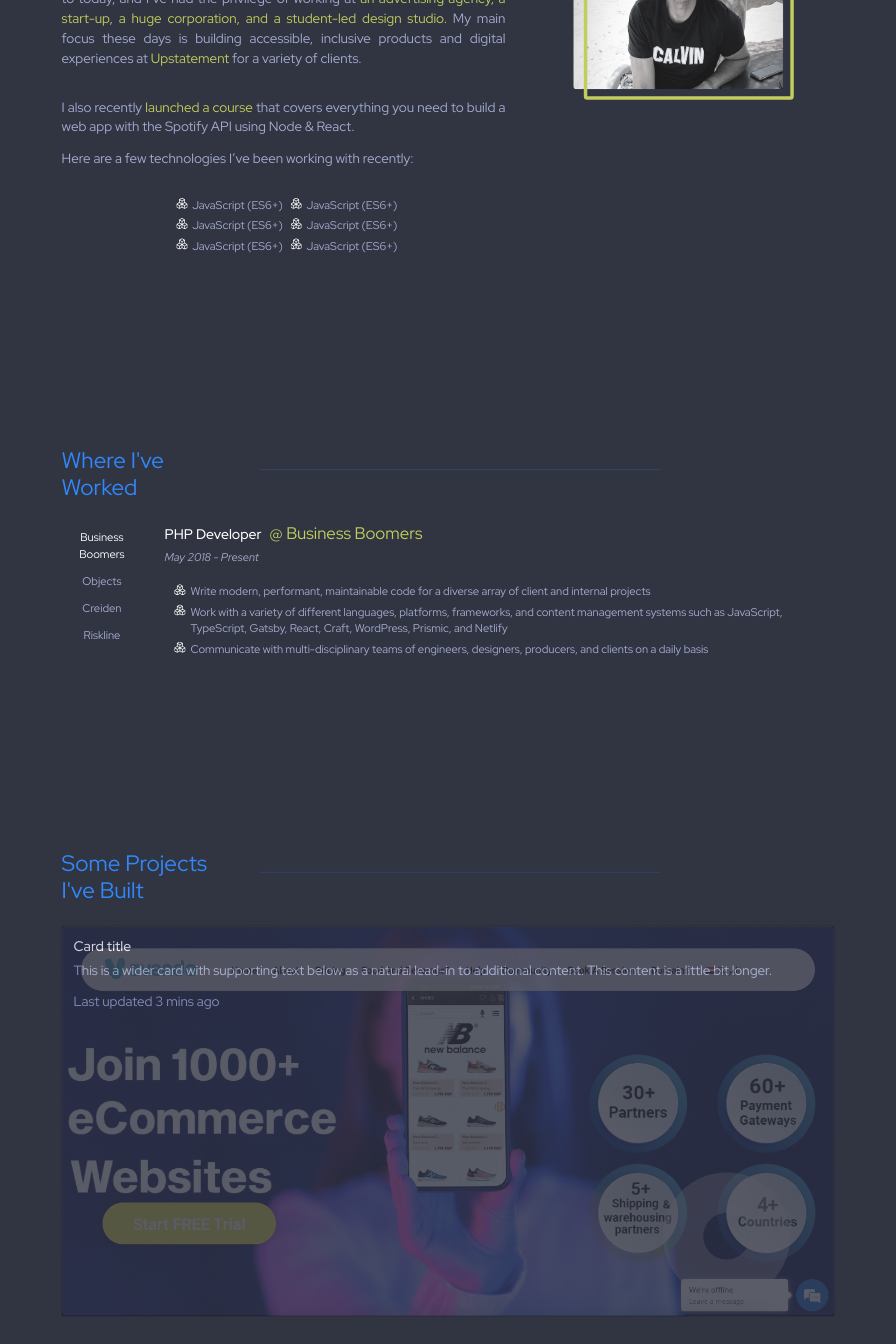
Repository: aya7abbal/Talaat-s-Portfolio
Page: index.html
An editor plug-in stored every save of this project. The page is shown before and after the next save, followed by the edit.
The browser window is 1280 px wide. The pictures show the part of the page from y = 1129 to 3049 px (the page is 3049 px tall), at 70% of full size.
Some web libraries are served in a nearby version. The style sheet was rebuilt from its Sass, Less or Tailwind sources for each picture, by a compiler version that may differ from the author's.

Above is the page before, as saved 2022-02-07 18:49:57.

### index.html
<!DOCTYPE html>
<html lang="en">
  <head>
    <!-- Required meta tags -->
    <meta charset="utf-8" />
    <meta name="viewport" content="width=device-width, initial-scale=1" />

    <!-- Bootstrap CSS -->
    <link
      href="https://cdn.jsdelivr.net/npm/bootstrap@5.0.2/dist/css/bootstrap.min.css"
      rel="stylesheet"
      integrity="sha384-EVSTQN3/azprG1Anm3QDgpJLIm9Nao0Yz1ztcQTwFspd3yD65VohhpuuCOmLASjC"
      crossorigin="anonymous"
    />

    <!-- Favicon -->
    <link
      rel="shortcut icon"
      type="image/x-icon"
      href="./images/favicon/favicon.ico"
    />

    <!-- Font Awesome -->
    <script
      src="https://kit.fontawesome.com/fd7fa2f891.js"
      crossorigin="anonymous"
    ></script>

    <!-- Bootstrap Icons -->
    <link
      rel="stylesheet"
      href="https://cdn.jsdelivr.net/npm/bootstrap-icons@1.8.0/font/bootstrap-icons.css"
    />

    <!-- Main Stylesheet -->
    <link rel="stylesheet" href="./styles/styles.css" />

    <title>Ahmed's Portfolio</title>
  </head>
  <body>
    <!-- Navbar -->
    <nav class="navbar navbar-expand-md navbar-dark py-3">
      <div class="container-fluid d-flex justify-content-between">
        <div class="navbar-logo">
          <a class="navbar-brand navbar-border navbar-content__hidden" href="#"
            >AT</a
          >
        </div>

        <!-- Offcanvas  Hidden MENU -->
        <div class="offcanvas-menu">
          <button
            class="btn navbar-content__hidden rotating-icon"
            type="button"
            data-bs-toggle="offcanvas"
            data-bs-target="#offcanvasRight"
            aria-controls="offcanvasRight"
          >
            <i class="bi bi-x-diamond fs-2 text-white"></i>
          </button>
          <div
            class="offcanvas offcanvas-end"
            tabindex="-1"
            id="offcanvasRight"
            aria-labelledby="offcanvasRightLabel"
          >
            <div class="offcanvas-header">
              <h5 id="offcanvasRightLabel"></h5>
              <button
                type="button"
                class="btn text-reset"
                data-bs-dismiss="offcanvas"
                aria-label="Close"
              >
                <i class="bi bi-x-diamond fs-2 text-white rotated-icon"></i>
              </button>
            </div>
            <div class="offcanvas-body">
              <ul class="navbar-nav text-center">
                <li class="nav-item">
                  <a class="nav-link active" aria-current="page" href="#"
                    >About</a
                  >
                </li>
                <li class="nav-item">
                  <a class="nav-link" href="#">Experience</a>
                </li>
                <li class="nav-item">
                  <a class="nav-link" href="#">Work</a>
                </li>
                <li class="nav-item">
                  <a class="nav-link" href="#">Contact</a>
                </li>
                <li>
                  <a
                    class="btn btn-green my-4"
                    href="./Ahmed Talaat.pdf"
                    download
                  >
                    Resume</a
                  >
                </li>
              </ul>
            </div>
          </div>
        </div>

        <!-- NAVBAR Collapsable -->
        <div
          class="collapse navbar-collapse justify-content-between align-items-baseline"
          id="navbarNav"
        >
          <a class="navbar-brand navbar-border" href="#">AT</a>

          <ul class="navbar-nav">
            <li class="nav-item">
              <a class="nav-link active" aria-current="page" href="#">About</a>
            </li>
            <li class="nav-item">
              <a class="nav-link" href="#">Experience</a>
            </li>
            <li class="nav-item">
              <a class="nav-link" href="#">Work</a>
            </li>
            <li class="nav-item">
              <a class="nav-link" href="#">Contact</a>
            </li>
          </ul>

          <a
            class="btn btn-green"
            href="./Ahmed Talaat.pdf"
            download
          >Resume</a >
        </div>
      </div>
    </nav>
    <div class="body-wrapper">
      <!-- Introduction -->
      <div class="intro px-5">
        <h6>Hi, my name is</h6>

        <br />

        <h2>Ahmed Talaat.</h2>
        <h3 class="pb-2">I'm a Back-end Developer.</h3>

        <br />

        <p>
          I’m a software engineer specializing in building (and occasionally
          designing) exceptional digital experiences. Currently, I’m focused on
          building accessible, human-centered products at
          <a href="#">Riskline.</a>
        </p>

        <br />

        <a class=" btn btn-green btn-lg" href="https://calendly.com/atalaat-92/short-discussion?month=2022-02" target="_blank"> Book a Meeting</a>
      </div>

      <!-- About -->

      <div class="about px-5 row">
        <div class="section-header row">
          <div class="col-md-4 col-lg-3 col-5">
            <h4 class="py-4">About Me</h4>
          </div>
          <div class="col-md-8 col-lg-9 col-7">
            <hr />
          </div>
        </div>

        <!-- About Paragraph -->
        <div class="col-12 col-lg-7">
          <p>
            Hello, Brittany and I enjoy creating things that live on the
            internet. My interest in web development started back in 2012 when I
            decided to try editing custom Tumblr themes — turns out hacking
            together a custom reblog button taught me a lot about HTML & CSS!
          </p>
          <br />

          <p>
            to today, and I’ve had the privilege of working at
            <a href=""
              >an advertising agency, a start-up, a huge corporation, and a
              student-led design studio.</a
            >
            My main focus these days is building accessible, inclusive products
            and digital experiences at <a href="">Upstatement</a> for a variety
            of clients.
          </p>

          <br />
          <p>
            I also recently <a href="">launched a course</a> that covers
            everything you need to build a web app with the Spotify API using
            Node & React.
          </p>

          <p>Here are a few technologies I’ve been working with recently:</p>

          <div class="iconed-list d-flex justify-content-center">
            <ul class="row">
              <div class="col-6">
                <li>JavaScript (ES6+)</li>
                <li>JavaScript (ES6+)</li>
                <li>JavaScript (ES6+)</li>
              </div>

              <div class="col-6">
                <li>JavaScript (ES6+)</li>
                <li>JavaScript (ES6+)</li>
                <li>JavaScript (ES6+)</li>
              </div>
            </ul>
          </div>
        </div>

        <div class="col-12 col-lg-5 d-flex justify-content-center pb-5">
          <!-- About Image -->
          <div class="about-img">
           <div> <img
            src="./images/B903239F-D317-4387-9DFC-7195C9C90247_1_105_c.jpeg"
            alt=""
            width="300px"
            height="300px"
          /></div>
            <div class="about-img__border"></div>
          </div>
        </div>
      </div>

      <!-- Work -->

      <div class="work px-5">
        <div class="section-header row">
          <div class="col-md-4 col-lg-3 col-7">
            <h4 class="py-4">Where I've Worked</h4>
          </div>
          <div class="col-md-8 col-lg-9 col-5">
            <hr />
          </div>
        </div>
        <div>
          <!-- Nav tabs -->
          <div class="d-flex flex-md-row flex-column align-items-start">
            <div
              class="nav flex-md-column nav-pills me-3 mb-4 pe-md-3 nav-tabs"
              id="v-pills-tab"
              role="tablist"
              aria-orientation="vertical"
            >
              <button
                class="nav-link active"
                id="v-pills-home-tab"
                data-bs-toggle="pill"
                data-bs-target="#v-pills-home"
                type="button"
                role="tab"
                aria-controls="v-pills-home"
                aria-selected="true"
              >
                Business Boomers
              </button>
              <button
                class="nav-link"
                id="v-pills-profile-tab"
                data-bs-toggle="pill"
                data-bs-target="#v-pills-profile"
                type="button"
                role="tab"
                aria-controls="v-pills-profile"
                aria-selected="false"
              >
                Objects
              </button>
              <button
                class="nav-link"
                id="v-pills-messages-tab"
                data-bs-toggle="pill"
                data-bs-target="#v-pills-messages"
                type="button"
                role="tab"
                aria-controls="v-pills-messages"
                aria-selected="false"
              >
                Creiden
              </button>
              <button
                class="nav-link"
                id="v-pills-settings-tab"
                data-bs-toggle="pill"
                data-bs-target="#v-pills-settings"
                type="button"
                role="tab"
                aria-controls="v-pills-settings"
                aria-selected="false"
              >
                Riskline
              </button>
            </div>
            <div class="tab-content" id="v-pills-tabContent">
              <div
                class="tab-pane fade show active"
                id="v-pills-home"
                role="tabpanel"
                aria-labelledby="v-pills-home-tab"
              >
                <div class="work-title">
                  <h5 class="pe-2">PHP Developer</h5>
                  <h6>@ Business Boomers</h6>
                </div>
                <div class="work-date">
                  <i>May 2018 - Present </i>

                  <ul class="iconed-list">
                    <li>
                      Write modern, performant, maintainable code for a diverse
                      array of client and internal projects
                    </li>
                    <li>
                      Work with a variety of different languages, platforms,
                      frameworks, and content management systems such as
                      JavaScript, TypeScript, Gatsby, React, Craft, WordPress,
                      Prismic, and Netlify
                    </li>
                    <li>
                      Communicate with multi-disciplinary teams of engineers,
                      designers, producers, and clients on a daily basis
                    </li>
                  </ul>
                </div>
              </div>

              <div
                class="tab-pane fade"
                id="v-pills-profile"
                role="tabpanel"
                aria-labelledby="v-pills-profile-tab"
              >
                <div class="work-title">
                  <h5 class="pe-2">Back-end Developer</h5>
                  <h6>@ Objects</h6>
                </div>
                <div class="work-date">
                  <i>May 2018 - Present </i>

                  <ul class="iconed-list">
                    <li>
                      Write modern, performant, maintainable code for a diverse
                      array of client and internal projects
                    </li>
                    <li>
                      Work with a variety of different languages, platforms,
                      frameworks, and content management systems such as
                      JavaScript, TypeScript, Gatsby, React, Craft, WordPress,
                      Prismic, and Netlify
                    </li>
                    <li>
                      Communicate with multi-disciplinary teams of engineers,
                      designers, producers, and clients on a daily basis
                    </li>
                  </ul>
                </div>
              </div>

              <div
                class="tab-pane fade"
                id="v-pills-messages"
                role="tabpanel"
                aria-labelledby="v-pills-messages-tab"
              >
                <div class="work-title">
                  <h5 class="pe-2">Back-end Developer</h5>
                  <h6>@ Creiden</h6>
                </div>
                <div class="work-date">
                  <i>May 2018 - Present </i>

                  <ul class="iconed-list">
                    <li>
                      Write modern, performant, maintainable code for a diverse
                      array of client and internal projects
                    </li>
                    <li>
                      Work with a variety of different languages, platforms,
                      frameworks, and content management systems such as
                      JavaScript, TypeScript, Gatsby, React, Craft, WordPress,
                      Prismic, and Netlify
                    </li>
                    <li>
                      Communicate with multi-disciplinary teams of engineers,
                      designers, producers, and clients on a daily basis
                    </li>
                  </ul>
                </div>
              </div>

              <div
                class="tab-pane fade"
                id="v-pills-settings"
                role="tabpanel"
                aria-labelledby="v-pills-settings-tab"
              >
                <div class="work-title">
                  <h5 class="pe-2">Project Manager</h5>
                  <h6>@ Riskline</h6>
                </div>
                <div class="work-date">
                  <i>May 2018 - Present </i>

                  <ul class="iconed-list">
                    <li>
                      Write modern, performant, maintainable code for a diverse
                      array of client and internal projects
                    </li>
                    <li>
                      Work with a variety of different languages, platforms,
                      frameworks, and content management systems such as
                      JavaScript, TypeScript, Gatsby, React, Craft, WordPress,
                      Prismic, and Netlify
                    </li>
                    <li>
                      Communicate with multi-disciplinary teams of engineers,
                      designers, producers, and clients on a daily basis
                    </li>
                  </ul>
                </div>
              </div>
            </div>
          </div>
        </div>
      </div>

      <!-- Projects -->

      <div class="projects px-5">
        <div class="section-header row">
          <div class="col-md-4 col-lg-3 col-7">
            <h4 class="py-4">Some Projects I've Built</h4>
          </div>
          <div class="col-md-8 col-lg-9 col-5">
            <hr />
          </div>
        </div>

        <div class="project-card">
          <div class="card bg-dark text-white">
            <img src="./images/project-1.jpeg" class="card-img" alt="...">
            <div class="card-img-overlay">
              <h5 class="card-title">Card title</h5>
              <p class="card-text">This is a wider card with supporting text below as a natural lead-in to additional content. This content is a little bit longer.</p>
              <p class="card-text">Last updated 3 mins ago</p>
            </div>
          </div>
        </div>
      </div>



    </div>


    <!-- Footer -->
    <footer>
      <div class="footer-left">
        <div class="footer-left__link">
          <i class="fab fa-github"><a href="#"></a></i>
        </div>
        <div class="footer-left__link">
          <i class="fab fa-twitter"><a href=""></a></i>
        </div>
        <div class="footer-left__link">
          <i class="fab fa-linkedin-in"><a href=""></a></i>
        </div>
        <div class="footer-left__link">
          <i class="fas fa-phone"><a href=""></a></i>
        </div>
        <div class="footer-left__link line"></div>
      </div>



      <div class="footer-right">
        <div class="footer-right__link">
          <a href="">@ahmed.talaat.92@hotmail.com</a>

        <div class="footer-right__link line"></div>
      </div>
    </footer>

    <!-- Bootstrap Bundle with Popper -->
    <script
      src="https://cdn.jsdelivr.net/npm/bootstrap@5.0.2/dist/js/bootstrap.bundle.min.js"
      integrity="sha384-MrcW6ZMFYlzcLA8Nl+NtUVF0sA7MsXsP1UyJoMp4YLEuNSfAP+JcXn/tWtIaxVXM"
      crossorigin="anonymous"
    ></script>
    <script type="module" src="./scripts/script.js"></script>
  </body>
</html>

### scripts/script.js
// const rotatingIcon = document.querySelector(".rotating-icon")
// const rotatedIcon = document.querySelector(".rotated-icon")


// rotatingIcon.addEventListener('click',function(event) {
// console.log(event)
//     rotatingIcon.style.display="hidden"
// })

### styles/styles.scss

// Fonts
@import url('https://fonts.googleapis.com/css2?family=Dosis:wght@200;300;400;500;600&family=Red+Hat+Display:ital,wght@0,300;0,400;0,500;0,600;0,700;0,900;1,300;1,400;1,500;1,600&family=Satisfy&display=swap');
// Partials
@import "./components/navbar";
@import"./components/footer";
@import "./variables/colors";
@import "./components/buttons";
@import "./variables/fonts";
@import "./components/pages";
@import "./variables/images";
@import "./components/projects";




// font-family: 'Dosis', sans-serif;
// font-family: 'Red Hat Display', sans-serif;
// font-family: 'Satisfy', cursive;

*{
font-family: 'Red Hat Display', sans-serif;
background-color: var(--navy);

}

body{
    margin: 0%;
    max-width: 100%;
    overflow-x: hidden;
    background-color: var(--navy);

    @media (min-width:768px) {
        padding: 40px;
    }
}

### styles/components/_navbar.scss
.navbar-content__hidden{
    display: none;
    @media (max-width:768px) {
        display: inline-block;
    }
}

.navbar-brand{
    border: solid 2px var(--green);
    border-radius: 5px 20px;
    padding: 8px;

    &:hover{
        background-color: var(--green);
    }
}

### styles/components/_footer.scss
footer {

    @media (max-width:768px) {
display: none;
    }

  .footer-left {
    position: fixed;
    bottom: 10px;
    left: 20px;
    i {
      font-size: 1.2em;
      color: white;
      margin: 20px 10px;
      &:hover{
          color: greenyellow;
          transform: translateY(-3px);
      }
    }

    .line {
      border-right: 1px solid white;
      padding: 20px;
      height: 100px;
      background-color: transparent;
      transform: translatex(-19px);
      margin-top: 15px;
    }
  }


  .footer-right {
    position: fixed;
    bottom: 10px;
    right: 20px;
    i{
      font-size: 1.2em;
      color: white;
      margin: 15px 10px;
      &:hover{
          color: greenyellow;
          transform: translateY(-3px);
      }


    }

    a{
        writing-mode: vertical-rl;
        transform: translatex(10px);
        color: white;
        font-size: 1em;
        &:hover{
            color: greenyellow;
            text-decoration: none;
        }
    }

    .line {
      border-right: 1px solid white;
      padding: 20px;
      height: 100px;
      background-color: transparent;
      transform: translatex(-19px);
      margin-top: 15px;
    }
  }
}

### styles/variables/_colors.scss
:root{
    --navy:#313441;
    --lgreen:#c1ce5e;
    --grey:#A4A6BF;
    --bblue:hsl(220, 47%, 62%);
    --green:#97A629;
    --lgreeno:#c1ce5e11;
    --lgrey:#bbc1dd;
    --mdgrey:#a4acd1;
    --blue:#3188fa;

}

### styles/components/_buttons.scss
.btn-green {
  border: 2px solid var(--green);
  padding: 8px;
  color:white;
  border-radius: 5px;

  &:hover {
    color: rgb(197, 197, 197);
    background-color: var(--lgreeno);
  }
}

.btn-blue{
    border: 2px solid var(--blue);
    padding: 8px;
    color:white;
    border-radius: 5px;

    &:hover {
      color: rgb(197, 197, 197);
      background-color: var(--bblue);
    }
}

.rotating-icon, .rotated-icon {
  transform: rotate(45deg) !important;
  z-index: 100;

  &:hover {
    transform: rotate(90deg) !important;
    transition: 0.6s;


  }
  &:active &:focus {
    transform: rotate(90deg) !important;
  }
}

### styles/variables/_fonts.scss



h2 {
  color: white;
  font-size: 2.3em;

  @media (min-width: 768px) {
    font-size: 2.9em;
  }
}

h3 {
  color: var(--blue);
  font-weight: 600;
  font-size: 2.2em;

  @media (min-width: 768px) {
    font-size: 2.7em;
  }
}

h4 {
  color: var(--blue);
  font-weight: 400;
  font-size: 1.5em;
  background-color: var(--navy);

  @media (min-width: 768px) {
    font-size: 2em;
  }
}

h5{
  color: white;
  display: inline-block;
}

h6 {
  font-size: 1.2em;
  color: var(--lgreen);
  font-weight: 400;
  display: inline-block;

  @media (min-width: 768px) {
    font-size: 1.5em;
  }
}

a {
  color: var(--lgreen);
  text-decoration: none;

  &:hover {
    color: var(--green);
    text-decoration: underline;
  }
}

ul{

    padding-top:20px;
    padding-bottom: 50px;
}
.iconed-list li{
    list-style-image:url(../svg/list.svg);
    color: var(--mdgrey);

    padding:10px 10px 0px 10px;
    margin: 5px;
    width: fit-content;
    padding: 0%;
}

p {
  font-size: 1.2em;
  color: var(--mdgrey);
  font-weight: 400;
  text-align: justify;

  @media (min-width: 768px) {
    font-size: 1.2em;
  }
}

i{
  color: var(--mdgrey);
}

.nav-tabs .nav-link{

  color: var(--mdgrey);
  background-color: transparent !important;
  // text-decoration: underline;
  text-decoration-color: var(--mdgrey);

  &:focus{
    background-color: transparent !important;
    color: var(--lgreen);
    border-bottom-color: var(--lgreen);

  }

  &:active{
    background-color: transparent !important;
    color: var(--lgreen);


  }



}

### styles/components/_pages.scss

// INTRODUCTION
.intro{
    padding-top: 160px;
}

// ABOUT


.section-header{
    padding-top:180px ;
    hr{
        position: relative;
        top:30%;
        color: var(--blue);
        width: 70%;
    }
}

#v-pills-tab{
    border: none;
}

### styles/variables/_images.scss
.about-img {
  height: fit-content;
  position: relative;
  display: flex;
  flex-direction: column;
  justify-content: center;


  img {
    // filter: invert(25%) sepia(77%) saturate(2565%) hue-rotate(200deg)
      // brightness(103%) contrast(96%) opacity(90%);
    border-radius: 5px;
    filter: grayscale(90%);
  }
  &:hover {
    img {
      filter: none;
    }
    .about-img__border{
        transform: translate(0px, 0px);
        transition: .1s;


    }
  }

  .about-img__border {
    position: absolute;
    border: 5px solid var(--lgreen);
    border-radius: 5px;
    width: 300px;
    height: 300px;
    transform: translate(15px, 15px);
    background-color: transparent;
  }
}

### styles/components/_projects.scss


.card-img-overlay {
    opacity: 80%;
}

After the next save:
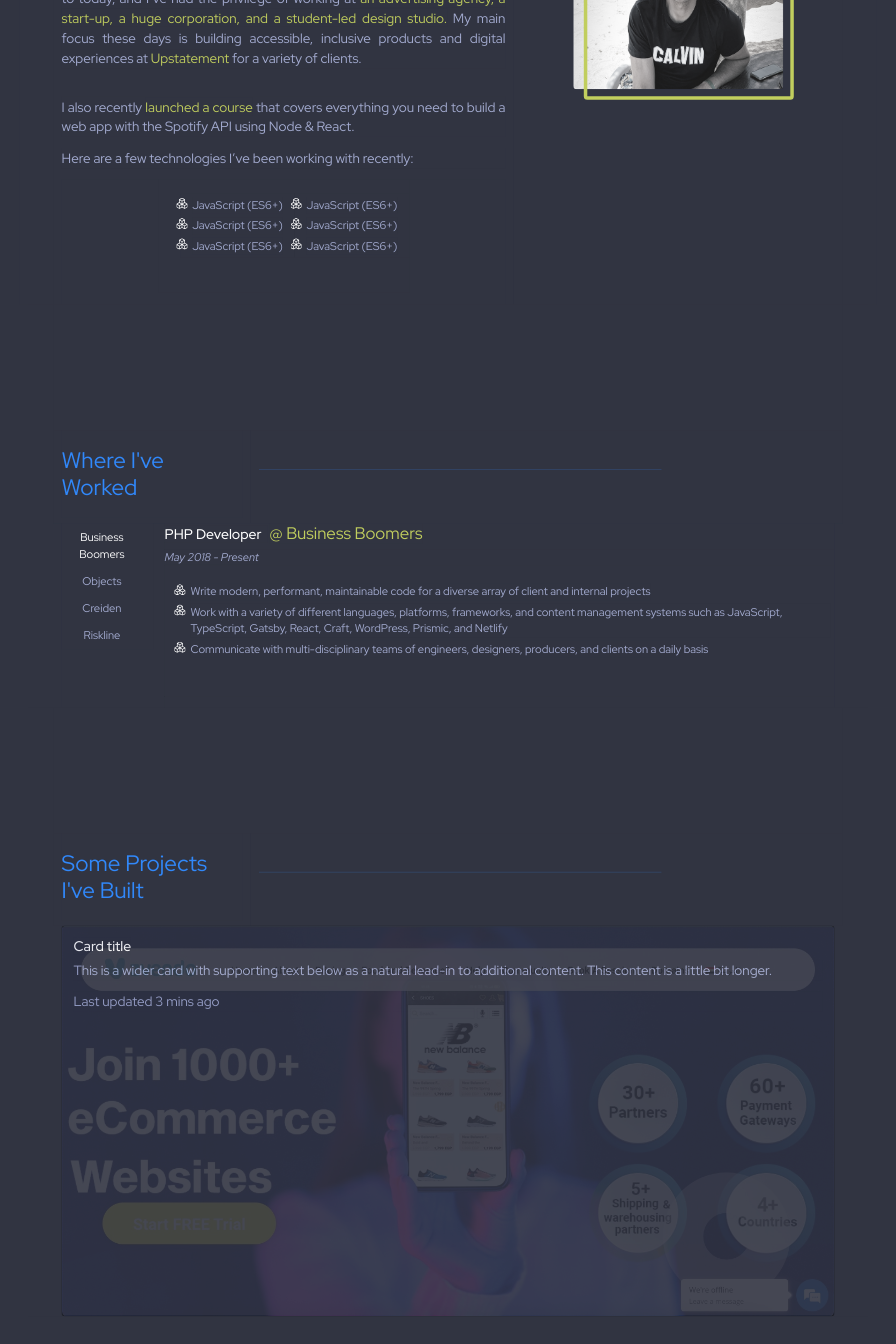
Saved 40 s later.
--- a/styles/components/_projects.scss
+++ b/styles/components/_projects.scss
@@ -1,5 +1,5 @@
 
 
 .card-img-overlay {
-    opacity: 80%;
+    opacity: 90%;
 }
